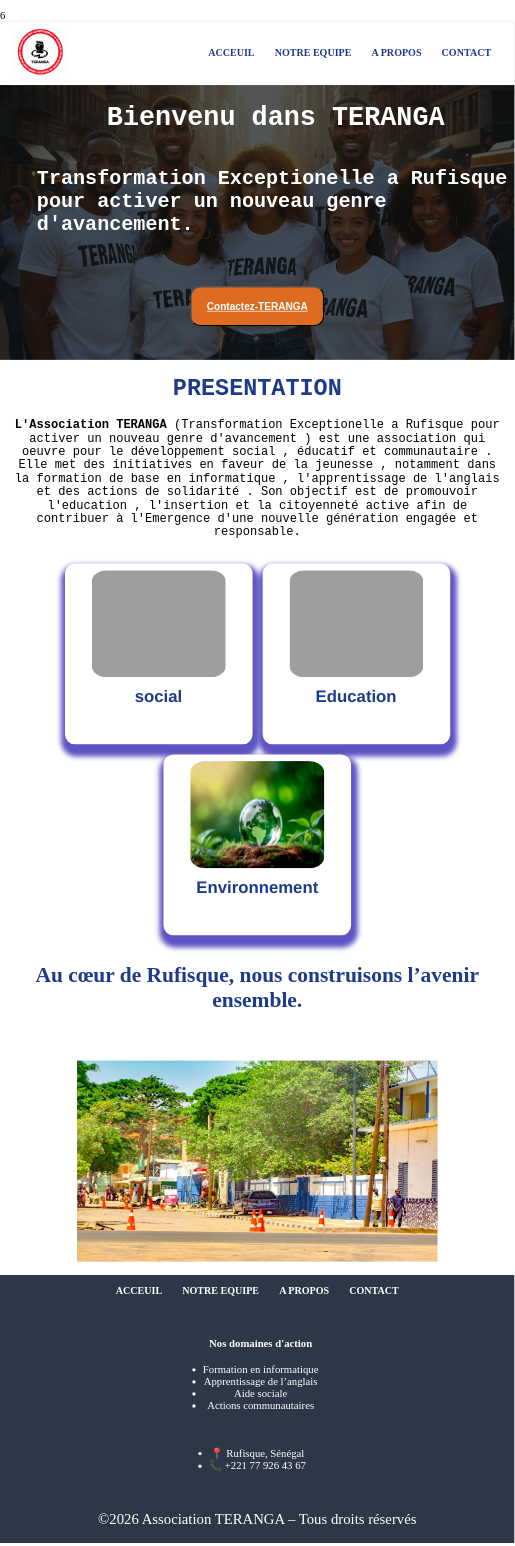
Repository: assanendao171/projet-teranga
Page: index.html
The author's editor kept a copy of each file at every save. The page is drawn from the files as they stood at one save, then again after the next save.
The browser window is 768 px wide. The pictures show the whole page, at 67% of full size.
Pictures or frames that could not be fetched are drawn as grey boxes.

Above is the page before, as saved 2026-02-14 15:13:02.

### index.html
<!doctype html>
<html lang="en">
  <head>
    <meta charset="UTF-8" />
    <meta name="viewport" content="width=device-width, initial-scale=1.0" />
    <title>Document</title>
    <link rel="stylesheet" href="acceuil.css" />
  </head>
  <body>
  6  <!-- l'entete -->
    <header>
      <!-- logo -->
       <div class="contain-logo">
      <img src="image/logo.jpeg" alt="" class="logo" />
      </div>
      <div class="btn-nav">
            <div class="menu-toggle" id="menu-toggle">
        ☰
    </div>
        <nav id="navMenu">
          <a href="index.html" target="_blank">ACCEUIL</a>
          <a href="equipe.html" target="_blank">NOTRE EQUIPE</a>
          <a href="propos.html" target="_blank">A PROPOS</a>
          <a href="contact.html" target="_blank">CONTACT</a>

        </nav>
      </div>
    </header>
    <!-- le hero -->
    <div class="hero">
      <div class="texte-accrosse">
        <h1>Bienvenu dans TERANGA</h1>
        <h2>
          Transformation Exceptionelle a Rufisque pour activer un nouveau genre
          d'avancement.
        </h2>
      </div>
      <!-- btn-hero -->
      <div class="btn">
        <button class="btn-hero">
          <a href="contact.html" target="_blank">Contactez-TERANGA</a>
        </button>
      </div>
    </div>
    <!-- le corps -->
    <main>
      <h1 id="h-presentation">PRESENTATION</h1>
      <p id="p-presentation">
        <strong>L'Association TERANGA </strong> (Transformation Exceptionelle a
        Rufisque pour activer un nouveau genre d'avancement ) est une
        association qui oeuvre pour le développement social , éducatif et
        communautaire . Elle met des initiatives en faveur de la jeunesse ,
        notamment dans la formation de base en informatique , l'apprentissage de
        l'anglais et des actions de solidarité . Son objectif est de promouvoir
        l'education , l'insertion et la citoyenneté active afin de contribuer à
        l'Emergence d'une nouvelle génération engagée et responsable.
      </p>
      <div class="contain-image">
        <div class="image1">
          <img
            src="image/aidesocial.jpg"
            alt="aide social"
            class="image-aide" />
          <span id="texte-aide-social"> social</span>
        </div>
        <!-- ____________________ -->
        <div class="image1">
          <img src="image/education.jpg" alt="education" class="image-aide" />
          <span id="texte-aide-social">Education</span>
        </div>
        <!-- ___________________________________ -->
        <div class="image1">
          <img
            src="image/environnement.jpg"
            alt="environnement"
            class="image-aide" />
          <span id="texte-aide-social">Environnement</span>
        </div>
      </div>
      <div id="titre-finale">
        <h1>Au cœur de Rufisque, nous construisons l’avenir ensemble.</h1>
      </div>
      <div id="lastphoto">
        <img
          src="image/lastphoto.jpeg"
          alt="image rufisque"
          class="lastphoto" />
      </div>
    </main>
    <!-- le pieds -->
    <footer>
      <div class="bloc-footer">
      <nav class="btn-footer">
        <a href="index.html" target="_blank">ACCEUIL</a>
        <a href="equipe.html" target="_blank">NOTRE EQUIPE</a>
        <a href="propos.html" target="_blank">A PROPOS</a>
        <a href="contact.html" target="_blank">CONTACT</a>

      </nav>
      <div class="contain-footer">
        <div class="liste-footer">
          <h4>Nos domaines d'action</h4>
          <ul>
            <li>Formation en informatique</li>
            <li>Apprentissage de l’anglais</li>
            <li>Aide sociale</li>
            <li>Actions communautaires</li>
          </ul>
        </div>

        <div class="contact">
          <ul>
            <li>📍 Rufisque, Sénégal</li>
            <li>📞 +221 77 926 43 67</li>
          </ul>
        </div>
                <div class="copyright">
          <p>&copy;2026 Association TERANGA – Tous droits réservés</p>
        </div>
      </div>
      </div>
    </footer>
  </body>
</html>

### acceuil.css
body {
  margin: 15px 0 5px 0;
}
header {
  width: 100%;
  height: 80px;
  background-color: #ffffff;
  box-shadow: 2px 6px 6px 6px rgba(0, 0, 0, 0.1);
  display: flex;
  align-items: center;
  justify-content: center;
  gap: 800px;
}
nav a {
  margin: 15px;
  color: #1e3a8a;
  text-decoration: none;
  font-size: 15px;
  font-weight: 900;
}
nav a:hover {
  text-decoration: underline;
}
.logo {
  width: 80px;
  left: 10px;
}
.menu-toggle {
    display: none;
    cursor: pointer;
}
.hero {
  width: 100%;
  height: 600px;
  background-image:
    linear-gradient(rgba(0, 0, 0, 0.6), rgba(0, 0, 0, 0.6)),
    url("image/background.jpeg");
  background-size: cover;
  background-position: top;
  background-repeat: no-repeat;
}
.texte-accrosse {
  display: flex;
  flex-direction: column;
  justify-content: center;
  align-items: center;
  color: rgb(255, 255, 255);
  font-size: 35px;
  font-family: "Courier New", Courier, monospace;
  margin-left: 55px;
}
.btn-hero {
  width: 200px;
  height: 60px;
  border-radius: 15px;
  background-color: #dd6b20;
  font-size: 15px;
  font-weight: 600;
  color: #ffffff;
}
.btn-hero a {
  color: #ffffff;
}
.btn {
  padding: 50px;
  display: flex;
  flex-direction: column;
  justify-content: center;
  align-items: center;
}
#h-presentation {
  color: #1e3a8a;

  text-align: center;
  font-size: 35px;
  font-family: "Courier New", Courier, monospace;
}
#p-presentation {
  text-align: center;
  font-size: 18px;
  font-family: "Courier New", Courier, monospace;
  margin: 5px;
}
.contain-image {
  padding-top: 30px;
  display: flex;
  gap: 35px;
  text-align: center;
  justify-content: center;
  align-items: center;
}
.image1 {
  width: 300px;
  height: 310px;
  text-align: center;
  background-color: rgb(255, 255, 255);
  border-radius: 15px;
  box-shadow: 2px 10px 8px 8px rgba(49, 34, 180, 0.781);
  color: #1e3a8a;
}
.image-aide {
  width: 240px;
  height: 200px;
  padding: 20px;
  border-radius: 15%;
}
.image-aide:hover {
  transition: 0.5s;
  transform: scale(1.1);
}
#texte-aide-social {
  font-size: 25px;
  font-weight: bold;
  font-family: "Franklin Gothic Medium", "Arial Narrow", Arial, sans-serif;
}
.lastphoto {
  padding-top: 50px;
  width: 70%;
  height: 350px;
}
#lastphoto {
  display: flex;
  flex-direction: column;
  justify-content: center;
  align-items: center;
}
#titre-finale {
  display: flex;
  flex-direction: column;
  justify-content: center;
  align-items: center;
  padding-top: 20px;
  color: #1e3a8a;
}
footer {
  background-color: #2d3748;
  width: 100%;
  height: 230px;
  margin-top: 20px;
}
.btn-footer {
  display: flex;
  flex-direction: row;
  justify-content: center;
}
.btn-footer a {
  padding: px;
  color: #ffffff;
  margin: 10x;
  font-size: 15px;
}
.liste-footer {
  margin-left: 10px;
  color: #ffffff;
}
.contact {
  display: flex;
  flex-direction: row;
  justify-content: flex-end;
  color: #ffffff;
}
.contain-footer {
  display: flex;
  flex-direction: row;
  justify-content: space-between;
}
.copyright {
  color: #ffffff;
  font-size: 22px;
  display: flex;
  flex-direction: column;
  justify-content: flex-end;
}

/* mediaquery pour mobile*/
@media screen and (max-width: 768px) {
  * {
    box-sizing: border-box;
  }
  html,
  body {
    width: 100%;
    overflow-x: hidden;
  }
  header {
    width: 100%;
    height: auto;
    background-color: #ffffff;
    box-shadow: 2px 6px 6px 6px rgba(0, 0, 0, 0.1);
    gap: 10px;
    display: flex;
    flex-direction: column;
    justify-content: space-between;
    align-items: center;
    padding: 10px 20px;
  }

  nav {
    display: flex;
    flex-direction: column;
    justify-content: center;
    align-items: center;
  }
  nav a {
    margin: 15px;
    color: #1e3a8a;
    text-decoration: none;
    font-size: 15px;
    font-weight: 900;
  }
  nav a:hover {
    text-decoration: underline;
  }
nav.active{
    display:block
}

.hero {
  width: 100%;
  height: auto;
  background-image:
    linear-gradient(rgba(0, 0, 0, 0.6), rgba(0, 0, 0, 0.6)),
    url("image/background.jpeg");
  background-size: cover;
  background-position: top;
  background-repeat: no-repeat;
}
.texte-accrosse {
  display: flex;
  flex-direction: column;
  justify-content: center;
  align-items: center;
  color: rgb(255, 255, 255);
  font-size: 20px;
  font-family: "Courier New", Courier, monospace;
  margin-left: 55px;
}
#p-presentation {
  text-align: center;
  font-size: 18px;
  font-family: "Courier New", Courier, monospace;
  margin: 12px;
}
.contain-image {
  padding-top: 25px;
  display: flex;
  flex-wrap: wrap;
  gap: 15px;
  text-align: center;
  justify-content: center;
  align-items: center;
}
.image1 {
  width: 280px;
  height: 270px;
  text-align: center;
  background-color: rgb(255, 255, 255);
  border-radius: 15px;
  box-shadow: 2px 10px 8px 8px rgba(49, 34, 180, 0.781);
  color: #1e3a8a;
}
.image-aide {
  width: 220px;
  height: 180px;
  padding: 10px;
  border-radius: 15%;
  text-align: center;
}
#titre-finale {
text-align: center;
  padding-top: 20px;
  color: #1e3a8a;
}
footer {
    display: flex;
  background-color: #2d3748;
  width: 100%;
  height: auto;
  margin-top: 20px;
  flex-direction: column;
  justify-content: center;
  align-items: center;
}
.contain-footer{
    display: flex;
    flex-direction: column;
    align-items: center;
    gap: 20px;
}

.bloc-footer{
    display: flex;
    flex-direction: column;
    align-items: center;
    text-align: center;
    gap: 25px;

}
.liste-footer ul,
.contact ul{
    padding: 0;
}

}
/* media query tablette */
@media (min-width: 768px) {
  * {
    box-sizing: border-box;
  }
  html,
  body {
    width: 100%;
    overflow-x: hidden;
  }
  header {
    width: 100%;
    height: auto;
    background-color: #ffffff;
    box-shadow: 2px 6px 6px 6px rgba(0, 0, 0, 0.1);
    gap: 10px;
    display: flex;
    flex-direction: row;
    justify-content: space-between;
    align-items: center;
    padding: 10px 20px;
  }

  nav {
    display: flex;
    flex-direction: row;
    justify-content: center;
    align-items: center;
  }
  .hero {
  width: 100%;
  height: auto;
  background-image:
    linear-gradient(rgba(0, 0, 0, 0.6), rgba(0, 0, 0, 0.6)),
    url("image/background.jpeg");
  background-size: cover;
  background-position: top;
  background-repeat: no-repeat;
}
footer {
    display: flex;
  background-color: #2d3748;
  width: 100%;
  height: auto;
  margin-top: 20px;
  flex-direction: column;
  justify-content: center;
  align-items: center;
}
.contain-footer{
    display: flex;
    flex-direction: column;
    align-items: center;
    gap: 20px;
}

.bloc-footer{
    display: flex;
    flex-direction: column;
    align-items: center;
    text-align: center;
    gap: 25px;

}
.liste-footer ul,
.contact ul{
    padding: 0;
}
}

After the next save:
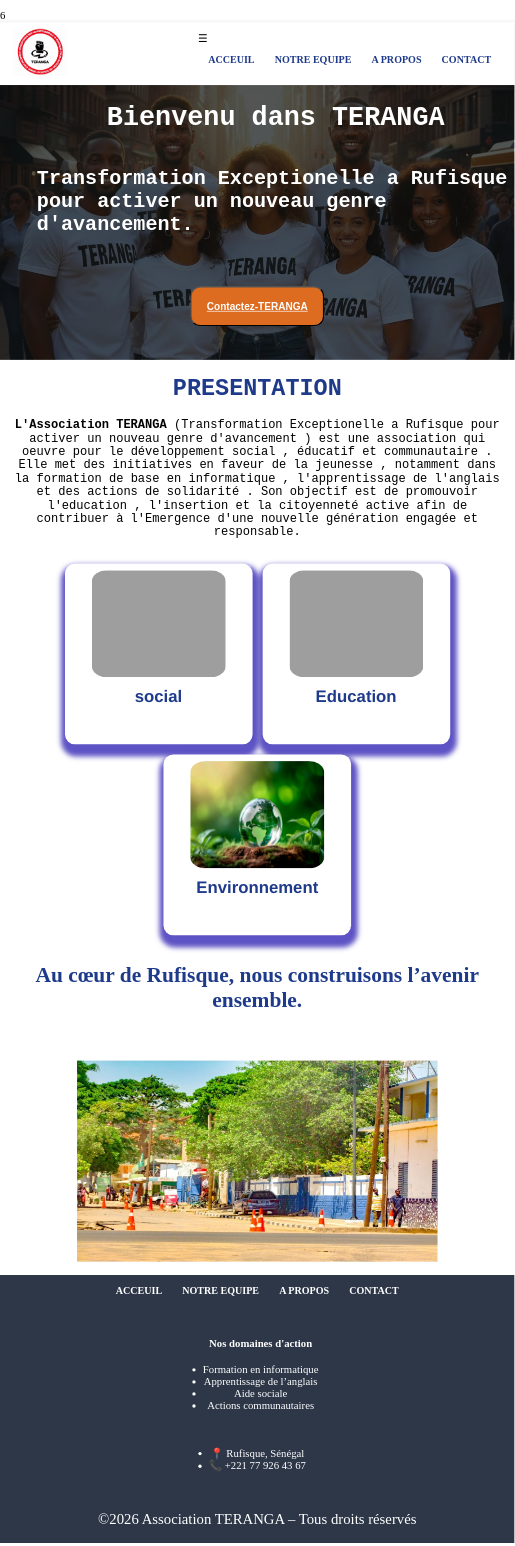
Saved 5 s later.
--- a/acceuil.css
+++ b/acceuil.css
@@ -214,7 +214,9 @@ footer {
 nav.active{
     display:block
 }
-
+    .menu-toggle {
+        display: block;
+    }
 .hero {
   width: 100%;
   height: auto;
